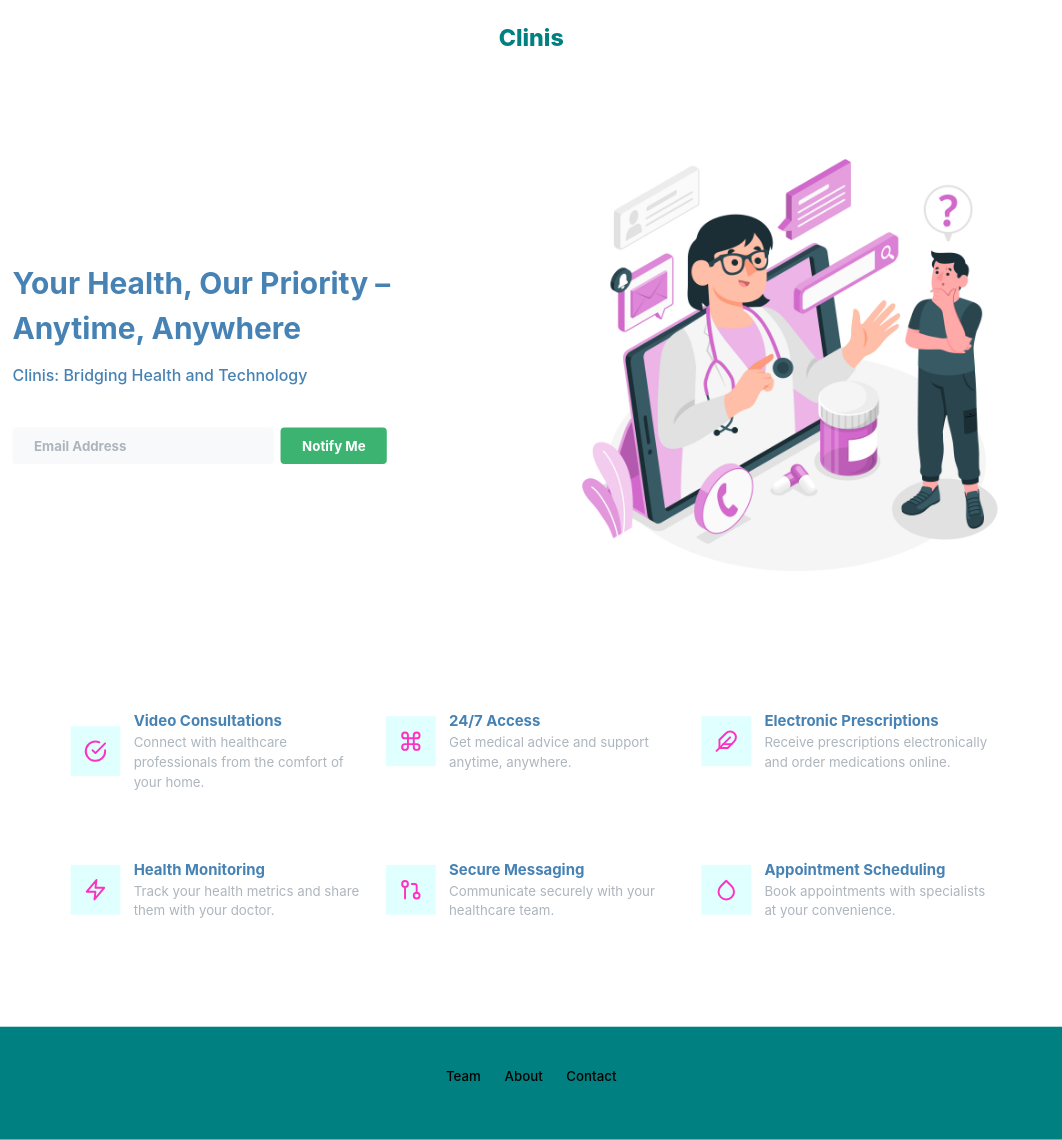
Repository: Rupak09/demo1
Page: index.html
These files come from the project's save history. The page is drawn as it stood at one moment and after the next save; the edit follows.
The browser window is 1280 px wide. The pictures show the whole page, at 83% of full size.
Some web fonts or font styles are not loaded; a fallback is used. Some web libraries are served in a nearby version.

Above is the page before, as saved 2024-12-28 14:27:50.

### index.html
<!doctype html>
<html lang="en">
<head>
    <!-- Required meta tags -->
    <meta charset="utf-8">
    <meta name="viewport" content="width=device-width, initial-scale=1, shrink-to-fit=no">
    <title>Clinis</title>
    <meta name="description" content="Clinis - People's most recommended telemedicine app."/>

    <!-- Google font -->
    <link href="https://fonts.googleapis.com/css?family=K2D:300,400,500,700,800" rel="stylesheet">

    <!-- Bootstrap CSS / Color Scheme -->
    <link rel="stylesheet" href="css/bootstrap.css">
    <style>
        body {
            background-color: #ffffff; /* Alice Blue */
            color: #2f4f4f; /* Dark Slate Gray */
        }
        .heading-brand {
            color: #008080; /* Teal */
        }
        h1, .lead, .title {
            color: #4682b4; /* Steel Blue */
        }
        .btn-primary {
            background-color: #3cb371; /* Medium Sea Green */
            border-color: #3cb371;
        }
        .btn-primary:hover {
            background-color: #2e8b57; /* Sea Green */
            border-color: #2e8b57;
        }
        .icon-box-inner {
            background-color: #e0ffff; /* Light Cyan */
        }
        .icon-box-inner span {
            color: #20b2aa; /* Light Sea Green */
        }
        footer {
            background-color: #008080; /* Teal */
            color: #ffffff; /* White */
        }
        a {
            color: #008b8b; /* Dark Cyan */
        }
        a:hover {
            color: #20b2aa; /* Light Sea Green */
        }
        @media (max-width: 768px) {
            h1 {
                font-size: 1.8rem;
            }
            .lead {
                font-size: 1rem;
            }
            .form-inline {
                flex-direction: column;
            }
            .form-inline .form-group, .form-inline .btn-primary {
                width: 100%;
                margin-bottom: 0.5rem;
            }
        }
    </style>
</head>
<body>

<!-- Header Section -->
<section class="pt-4 pb-5">
    <div class="container-fluid">
        <div class="row">
            <div class="col-12 text-center">
                <div class="heading-brand">Clinis</div>
            </div>
        </div>
        <div class="row mt-6">
            <div class="col-md-6 order-2 order-md-1 my-auto">
                <h1>Your Health, Our Priority – Anytime, Anywhere</h1>
                <p class="lead mb-5">
                    Clinis: Bridging Health and Technology
                </p>
                <form class="form-inline">
                    <div class="form-group mr-md-2 mb-2 mb-md-0">
                        <label for="email" class="sr-only">Email</label>
                        <input type="email" class="form-control" id="email" placeholder="Email Address">
                    </div>
                    <button type="submit" class="btn btn-primary">Notify Me</button>
                </form>
            </div>
            <div class="col-md-6 order-1 order-md-2">
                <img alt="Mockup" class="img-fluid mx-auto d-block" src="img/mockup.jpg" style="max-width: 90%;">
            </div>
        </div>
    </div>
</section>

<!-- Features Section -->
<section class="py-5">
    <div class="container">
        <div class="row feature-grid">
            <div class="col-md-4 col-sm-6">
                <div class="media">
                    <div class="icon-box">
                        <div class="icon-box-inner">
                            <span data-feather="check-circle" width="28" height="28"></span>
                        </div>
                    </div>
                    <div class="media-body">
                        <div class="title">Video Consultations</div>
                        <div class="sub-title">Connect with healthcare professionals from the comfort of your home.</div>
                    </div>
                </div>
            </div>
            <div class="col-md-4 col-sm-6">
                <div class="media">
                    <div class="icon-box">
                        <div class="icon-box-inner">
                            <span data-feather="command" width="28" height="28"></span>
                        </div>
                    </div>
                    <div class="media-body">
                        <div class="title">24/7 Access</div>
                        <div class="sub-title">Get medical advice and support anytime, anywhere.</div>
                    </div>
                </div>
            </div>
            <div class="col-md-4 col-sm-6">
                <div class="media">
                    <div class="icon-box">
                        <div class="icon-box-inner">
                            <span data-feather="feather" width="28" height="28"></span>
                        </div>
                    </div>
                    <div class="media-body">
                        <div class="title">Electronic Prescriptions</div>
                        <div class="sub-title">Receive prescriptions electronically and order medications online.</div>
                    </div>
                </div>
            </div>
            <div class="col-md-4 col-sm-6">
                <div class="media">
                    <div class="icon-box">
                        <div class="icon-box-inner">
                            <span data-feather="zap" width="28" height="28"></span>
                        </div>
                    </div>
                    <div class="media-body">
                        <div class="title">Health Monitoring</div>
                        <div class="sub-title">Track your health metrics and share them with your doctor.</div>
                    </div>
                </div>
            </div>
            <div class="col-md-4 col-sm-6">
                <div class="media">
                    <div class="icon-box">
                        <div class="icon-box-inner">
                            <span data-feather="git-pull-request" width="28" height="28"></span>
                        </div>
                    </div>
                    <div class="media-body">
                        <div class="title">Secure Messaging</div>
                        <div class="sub-title">Communicate securely with your healthcare team.</div>
                    </div>
                </div>
            </div>
            <div class="col-md-4 col-sm-6">
                <div class="media">
                    <div class="icon-box">
                        <div class="icon-box-inner">
                            <span data-feather="droplet" width="28" height="28"></span>
                        </div>
                    </div>
                    <div class="media-body">
                        <div class="title">Appointment Scheduling</div>
                        <div class="sub-title">Book appointments with specialists at your convenience.</div>
                    </div>
                </div>
            </div>
        </div>
    </div>
</section>

<!-- Footer -->
<footer class="py-5">
    <div class="container">
        <div class="row">
            <div class="col-12 text-center">
                <ul class="list-inline">
                    <li class="list-inline-item"><a href="#">Team</a></li>
                    <li class="list-inline-item"><a href="#">About</a></li>
                    <li class="list-inline-item"><a href="#">Contact</a></li>
                </ul>
            </div>
        </div>
    </div>
</footer>

<!-- jQuery first, then Popper.js, then Bootstrap JS -->
<script src="https://code.jquery.com/jquery-3.2.1.min.js"></script>
<script src="https://cdnjs.cloudflare.com/ajax/libs/feather-icons/4.7.3/feather.min.js"></script>
<script src="js/scripts.js"></script>
</body>
</html>

Loaded but not shown: css/bootstrap.css (library); js/scripts.js (common file)

After the next save:
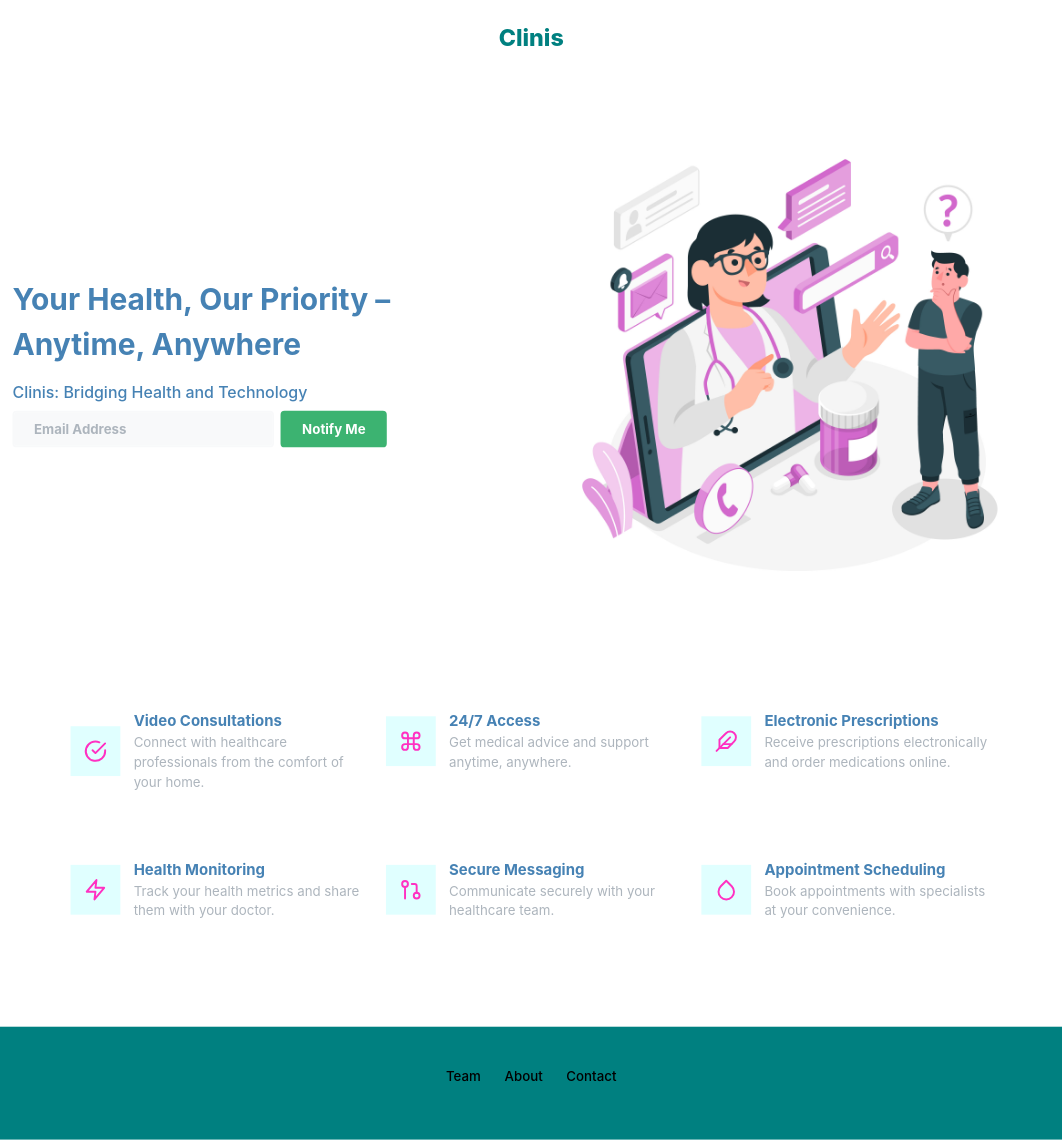
Saved 32 s later.
--- a/index.html
+++ b/index.html
@@ -77,7 +77,7 @@
         <div class="row mt-6">
             <div class="col-md-6 order-2 order-md-1 my-auto">
                 <h1>Your Health, Our Priority – Anytime, Anywhere</h1>
-                <p class="lead mb-5">
+                <p class="lead mb-2">
                     Clinis: Bridging Health and Technology
                 </p>
                 <form class="form-inline">
